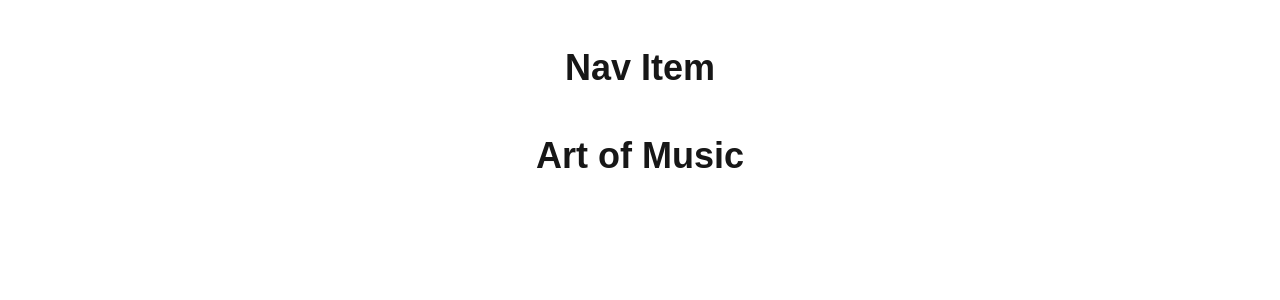
Repository: Strong02coder/Art_of_Music-Next.Js-
Page: /
The author's editor kept a copy of each file at every save. The page is drawn from the files as they stood at one save, then again after the next save.
The browser window is 1280 px wide. The pictures show the whole page.
The project was rebuilt for these pictures with package versions that can differ from the ones it lists, and the page was loaded fresh each time. The framework's server and built-in components were replaced by stand-ins that run in the browser. Also part of the build but not shown: next.config.ts.

Above is the page before, as saved 2025-01-28 19:27:12.

After the next save:
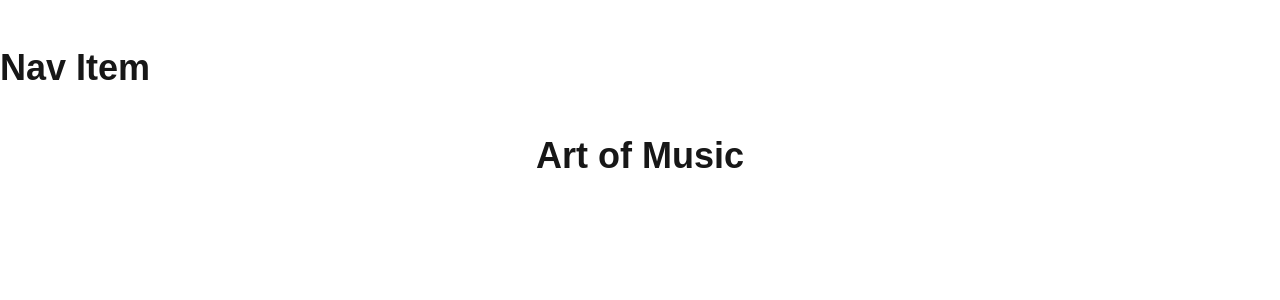
Saved 7 s later.
--- a/src/app/layout.tsx
+++ b/src/app/layout.tsx
@@ -25,7 +25,7 @@
   return (
     <html lang="en">
       <body className={`${geistSans.variable} ${geistMono.variable} antialiased`}>
-				<h1 className="text-4xl font-bold text-center mt-12">Nav Item</h1>
+				<h1 className="text-4xl font-bold mt-12">Nav Item</h1>
         {children}
       </body>
     </html>
